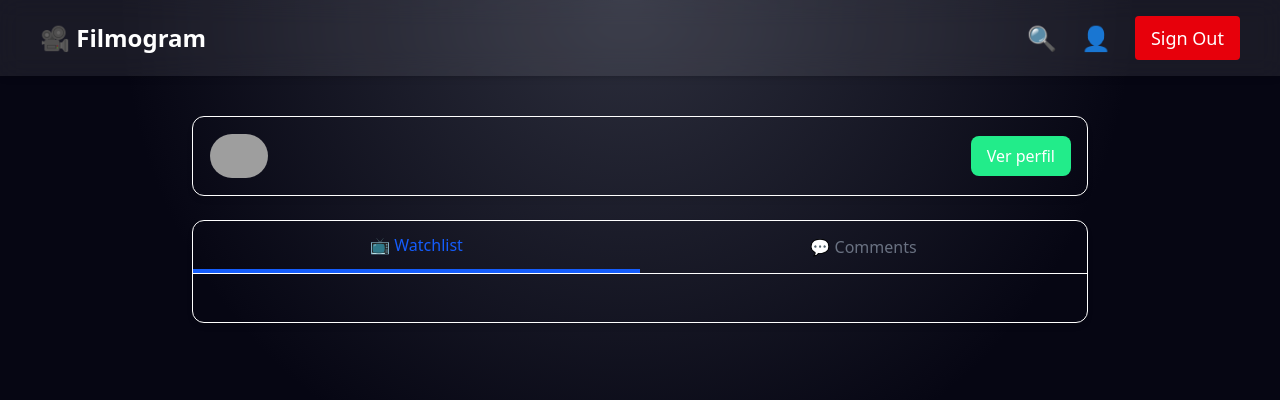
Repository: Leoonard1507/proyecto-final
Page: /client-profile
The author's editor kept a copy of each file at every save. The page is drawn from the files as they stood at one save, then again after the next save.
The browser window is 1280 px wide. The pictures show the whole page.
Pictures or frames that could not be fetched are drawn as grey boxes. The page's requests for data from a server got no answer. The project was rebuilt for these pictures with package versions that can differ from the ones it lists, and the page was loaded fresh each time. The framework's server and built-in components were replaced by stand-ins that run in the browser. No one was signed in, and anything a server would have sent is missing. Also part of the build but not shown: next.config.ts, src/app/components/profileSections/userWatchlist.tsx, src/app/components/profileSections/userComments.tsx, src/libs/axios.ts, src/app/components/profileSections/searchFavsEdit.tsx, src/app/components/profileSections/addFavoritesModal.tsx, src/app/components/profileSections/FavMoviesList.tsx.

Above is the page before, as saved 2025-05-23 14:34:32.

After the next save:
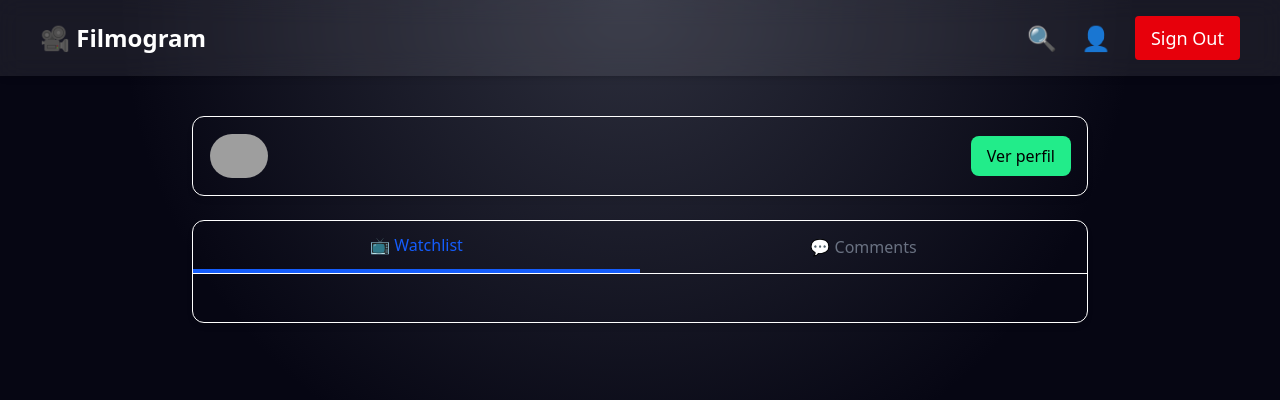
Saved 21 s later.
--- a/src/app/client-profile/page.tsx
+++ b/src/app/client-profile/page.tsx
@@ -120,7 +120,7 @@ export default function ProfilePage() {
           </div>
           <button
             onClick={() => setShowDetails(prev => !prev)}
-            className="bg-[#22ec8a] text-white px-4 py-2 rounded-lg hover:opacity-70 transition"
+            className="bg-[#22ec8a] text-black px-4 py-2 rounded-lg hover:opacity-70 transition"
           >
             {showDetails ? 'Ocultar perfil' : 'Ver perfil'}
           </button>
